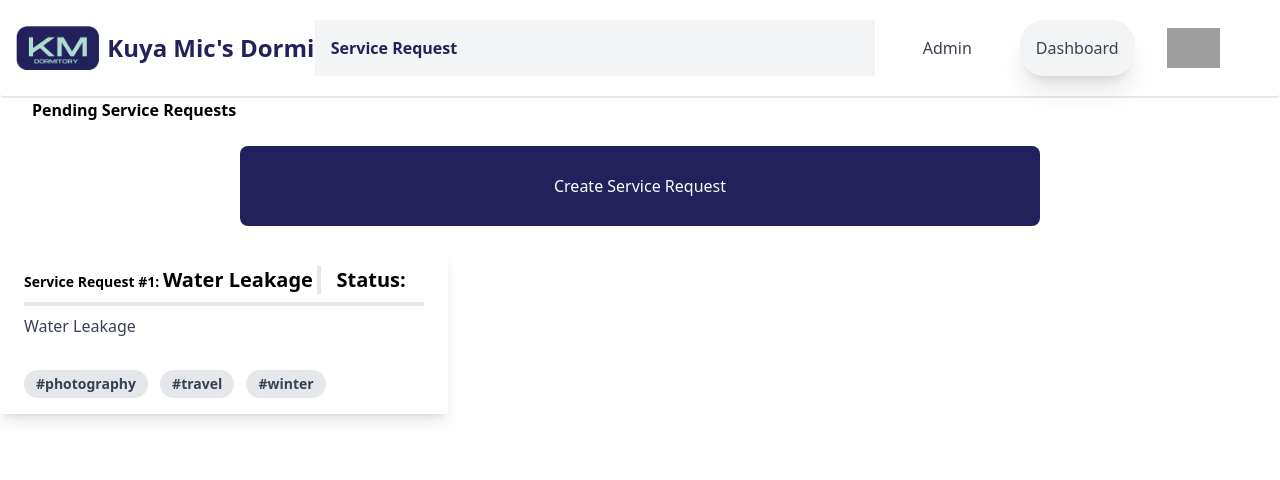
Repository: theamgri/Dormitory-Management-System
Page: servicerequest.html
The author's editor kept a copy of each file at every save. The page is drawn from the files as they stood at one save, then again after the next save.
The browser window is 1280 px wide. The pictures show the whole page.
Pictures or frames that could not be fetched are drawn as grey boxes. Some web libraries are served in a nearby version.

Above is the page before, as saved 2023-01-12 00:11:51.

### servicerequest.html
<!DOCTYPE html>
<html lang="en">
<head>
    <script src="https://cdn.tailwindcss.com"></script>
    <meta charset="UTF-8">
    <meta http-equiv="X-UA-Compatible" content="IE=edge">
    <meta name="viewport" content="width=device-width, initial-scale=1.0">
    <link rel="icon" type="image/x-icon" href="/assets/logo.png">
    <title>Service Request</title>

    <nav class="bg-white border-b-2 border-gray-200 px-2 sm:px-4 py-1 rounded dark:bg-gray-100">
        <div class="container flex flex-wrap items-center justify-between mx-auto">
          <a href="/" class="flex sm:items-left">
              <img src="/assets/logo.png" class="h-11" alt="KM Logo" />
              <span class="self-center align-middle pl-2 text-2xl font-Montserrat font-bold whitespace-nowrap" style="color: #22215B">Kuya Mic's Dormitory </span>
          </a>

          <button data-collapse-toggle="navbar-default" type="button" class="inline-flex items-center p-2 ml-3 text-sm text-gray-500 rounded-lg md:hidden hover:bg-gray-100 focus:outline-none focus:ring-2 focus:ring-gray-200 dark:text-gray-400 dark:hover:bg-gray-700 dark:focus:ring-gray-600" aria-controls="navbar-default" aria-expanded="false">
          <svg class="w-6 h-6" aria-hidden="true" fill="currentColor" viewBox="0 0 20 20" xmlns="http://www.w3.org/2000/svg"><path fill-rule="evenodd" d="M3 5a1 1 0 011-1h12a1 1 0 110 2H4a1 1 0 01-1-1zM3 10a1 1 0 011-1h12a1 1 0 110 2H4a1 1 0 01-1-1zM3 15a1 1 0 011-1h12a1 1 0 110 2H4a1 1 0 01-1-1z" clip-rule="evenodd"></path></svg>
          </button>
          <div class="hidden w-full md:block md:w-auto" id="navbar-default">

            <ul class="flex flex-col p-4 mt-4 border border-gray-100 rounded-lg md:flex-row md:space-x-8 md:mt-0 md:text-sm md:font-medium md:border-0">

              <li>
                <a href="#" class="block font-bold bg-gray-100 font-Montserrat text-base md:p-4" aria-current="page" style="color: #22215B; margin-left:-35rem;">Service Request</a>
              </li>
              <li>
                <a href="index.html" class="block font-Montserrat rounded text-base md:text-gray-700 md:p-4" aria-current="page">Admin</a>
              </li>
              <li>
                <a href="home.html" class="block shadow-xl bg-gray-100 font-Montserrat rounded-3xl text-base md:text-gray-700 md:p-4" aria-current="page">Dashboard</a>
              </li>
              <li>
                <a href="home.html" class="block py-2 pl-0 pr-4" aria-current="page"><img src="https://icones.pro/wp-content/uploads/2021/02/icone-utilisateur-gris.png" class="h-1 mr-3 sm:h-10" alt="KM Logo" /></a>
              </li>
            </ul>
          </div>

        </div>
      </nav>
</head>
<body>
    <h1 class="text-left pl-8 font-semibold">Pending Service Requests</h1>
    <div class="sm:text-center pb-6">
        <button onclick="location.href='#'" type="submit" class="mt-6 text-white bg-primary-600 focus:ring-4 focus:outline-none focus:ring-primary-300 font-medium rounded-lg text-md px-10 py-2.5 sm:text-center " style="margin-left: 0rem; background-color:#22215B; height: 5rem; width: 50rem;">Create Service Request</button>
      </div>

      <div class="max-w-md rounded overflow-hidden shadow-lg">
        <div class="px-6 py-4">
            <div class="border-b-4 font-bold text-sm mb-2">Service Request #1:
            <div class="inline-block font-bold text-xl mb-2">Water Leakage</div>
            <div class="border-l-4 pl-4 inline-block font-bold text-xl mb-2">Status:</div>


        </div>
            <h1 class="text-gray-700 text-base">
              Water Leakage
            </p>
          </div>
          <div class="px-6 pt-4 pb-2">
            <span class="inline-block bg-gray-200 rounded-full px-3 py-1 text-sm font-semibold text-gray-700 mr-2 mb-2">#photography</span>
            <span class="inline-block bg-gray-200 rounded-full px-3 py-1 text-sm font-semibold text-gray-700 mr-2 mb-2">#travel</span>
            <span class="inline-block bg-gray-200 rounded-full px-3 py-1 text-sm font-semibold text-gray-700 mr-2 mb-2">#winter</span>
          </div>
      </div>
</body>
</html>

After the next save:
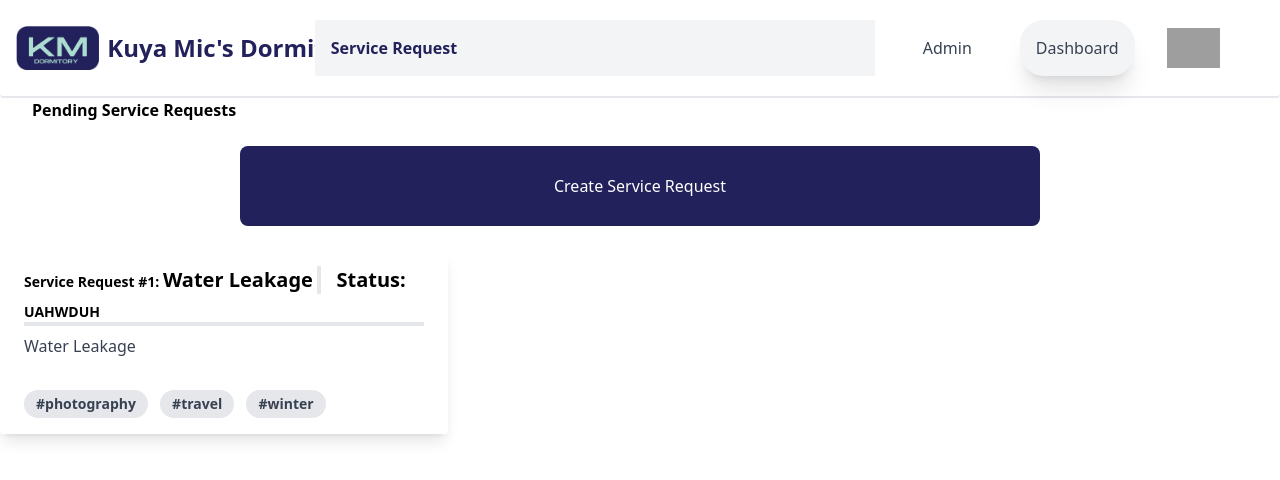
Saved 14 s later.
--- a/servicerequest.html
+++ b/servicerequest.html
@@ -52,9 +52,9 @@
             <div class="inline-block font-bold text-xl mb-2">Water Leakage</div>
             <div class="border-l-4 pl-4 inline-block font-bold text-xl mb-2">Status:</div>
 
-
+        <p1>UAHWDUH</p1>
         </div>
-            <h1 class="text-gray-700 text-base">
+            <p1 class="text-gray-700 text-base">
               Water Leakage
             </p>
           </div>
